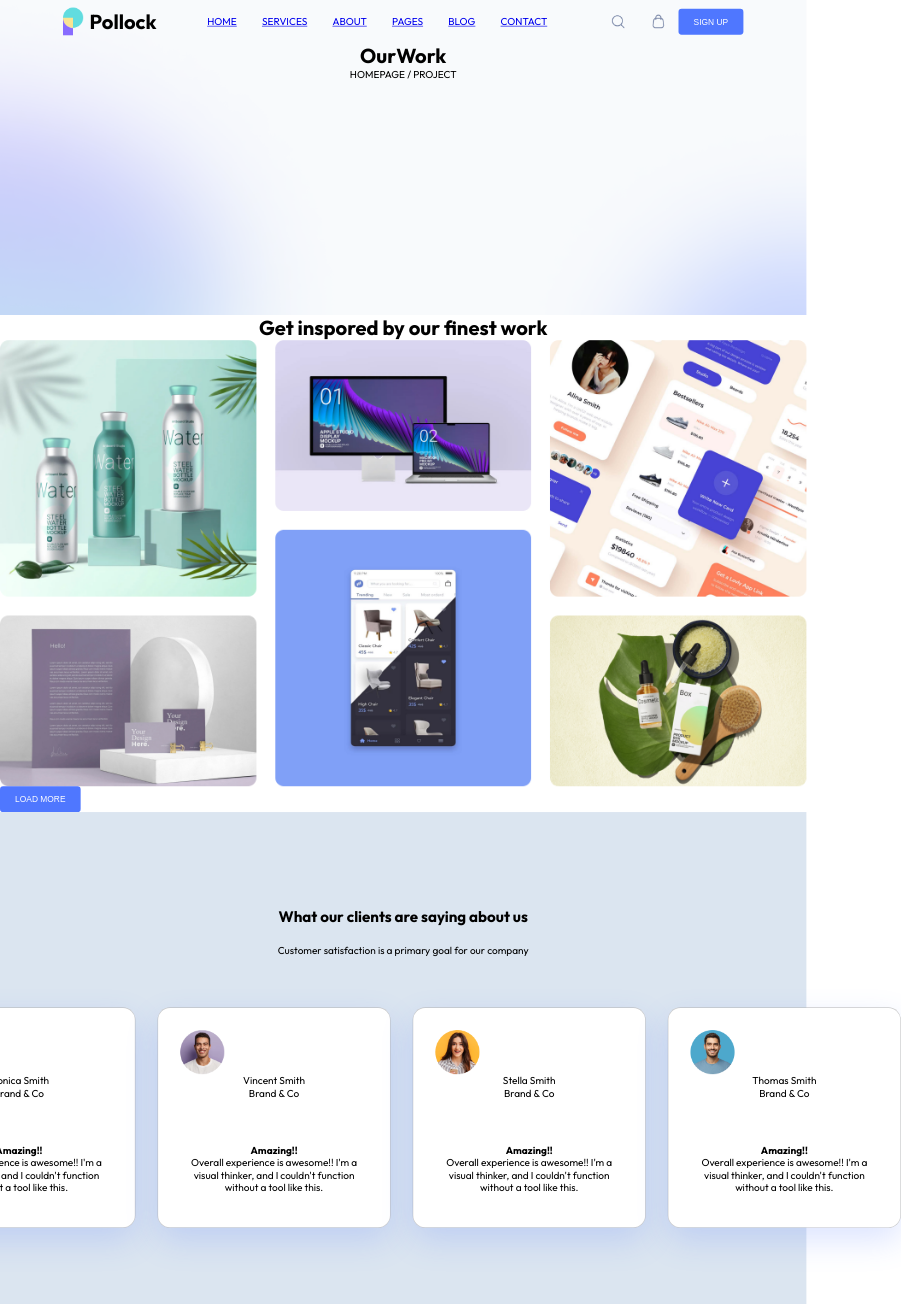
Repository: Nam936/exercises
Page: index.html
These files come from the project's save history. The page is drawn as it stood at one moment and after the next save; the edit follows.
The browser window is 1280 px wide. The page is 1430 px wide, so the pictures cover 1430 px, including what lies to the right of the window. The pictures show the whole page, at 63% of full size.

Above is the page before, as saved 2022-12-30 14:06:12.

After the next save:
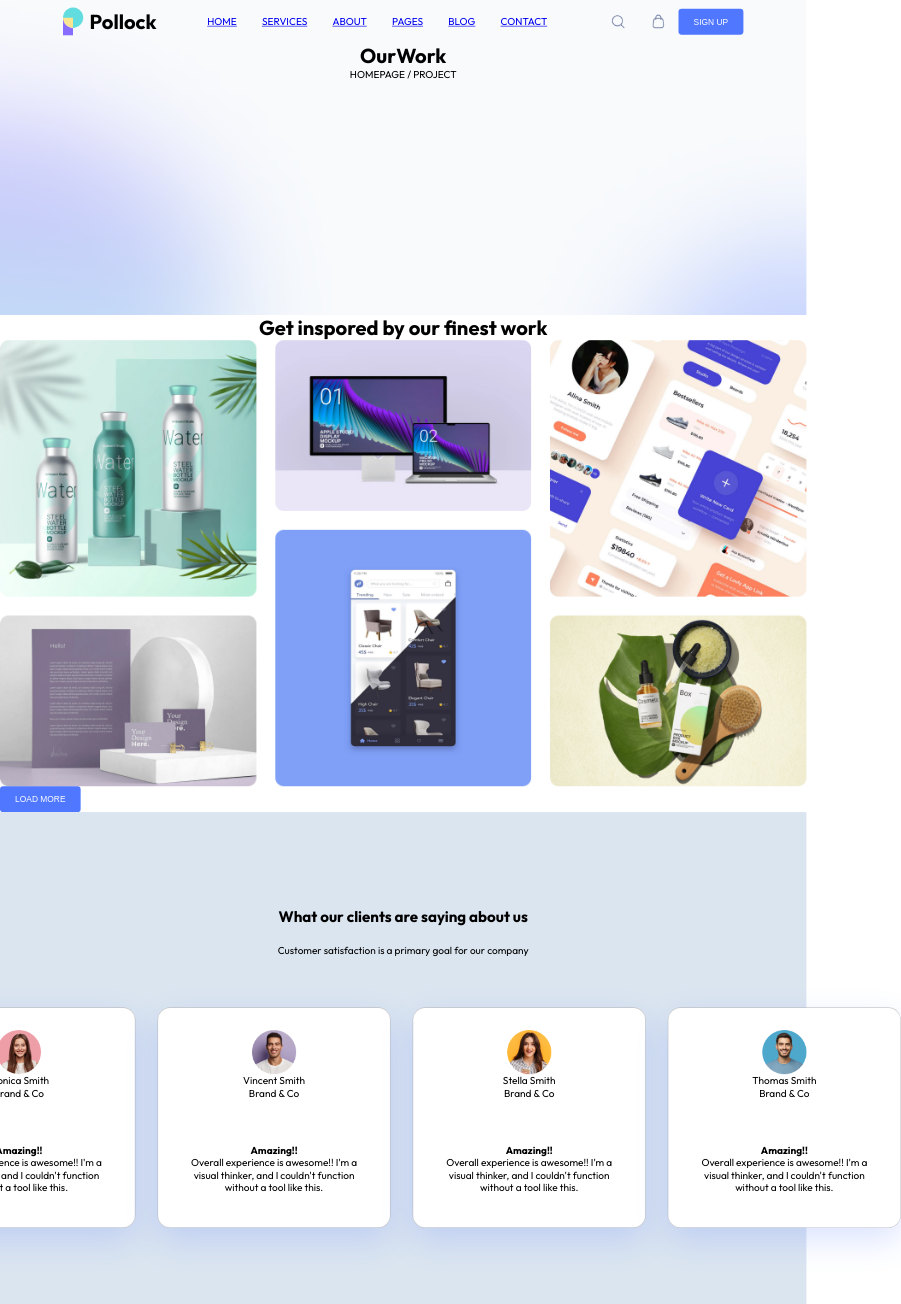
Saved 107 s later.
--- a/style.css
+++ b/style.css
@@ -54,7 +54,7 @@ h2{margin: 30px;}
 /*      */
 .slide{display: grid; grid-template-columns: 375px 375px 375px 375px ; justify-content: center; gap: 30px;}
 .tag{width: 370px; height: 350px; border: 1px solid rgba(0,0,0,0.2); border-radius: 20px; background: #fff;box-shadow: 0px 20px 50px rgba(79, 119, 255, 0.2); }
-.tag_avatar img{display: block; width: 70px; height: 70px;}
+.tag_avatar img{display: block; width: 70px; height: 70px; margin: auto;}
 .tag_avatar{padding: 35px;}
 .name_mem{text-align: center;}
 
